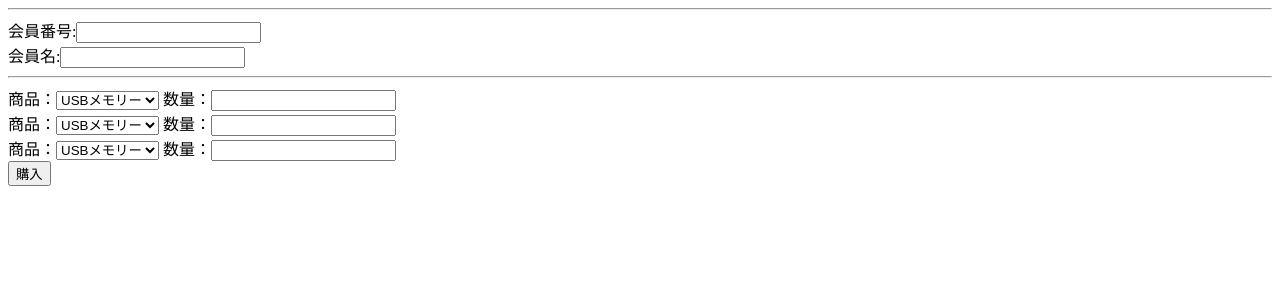
Repository: aiueo20/18ca0155
Page: SSP/kadai0204/WebContent/index.html
An editor plug-in stored every save of this project. The page is shown before and after the next save, followed by the edit.
The browser window is 1280 px wide. The pictures show the whole page.

Above is the page before, as saved 2018-11-26 07:38:27.

After the next save:
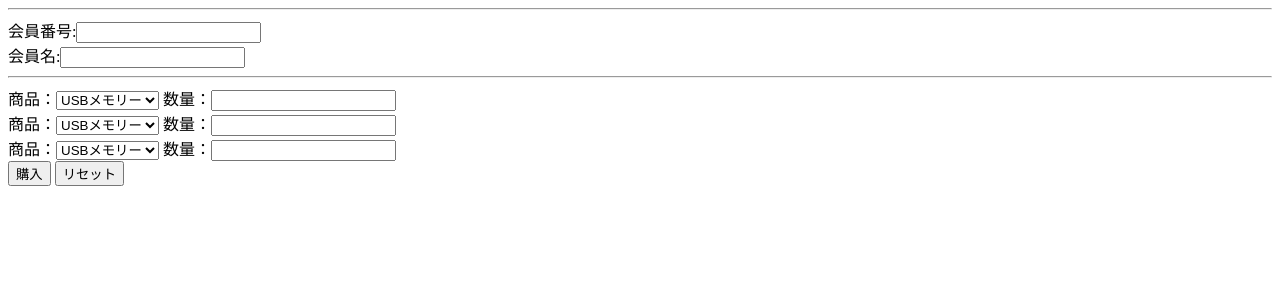
Saved 10 s later.
--- a/SSP/kadai0204/WebContent/index.html
+++ b/SSP/kadai0204/WebContent/index.html
@@ -29,7 +29,7 @@
 数量：<input type="text" name="suuryou3">
 <br>
 <input type="submit" value="購入">
-
+<input type="reset" value="リセット"
 </form>
 
 </body>
